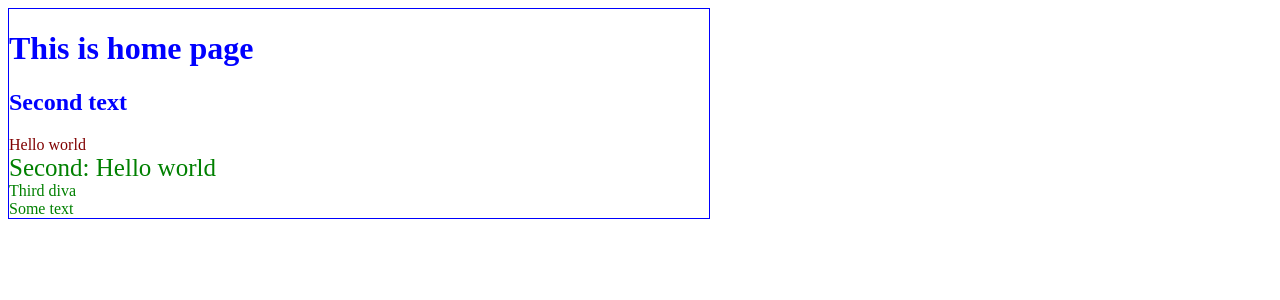
Repository: Vincerenko/Web-site
Page: http://localhost/index
These files come from the project's save history. The page is drawn as it stood at one moment and after the next save; the edit follows.
The browser window is 1280 px wide. The pictures show the whole page.
The page is this project's Thymeleaf template; nobody is signed in. The template is opened directly, without the code that normally fills it, so the values that code supplies are empty.

Above is the page before, as saved 2021-03-12 18:46:41.

After the next save:
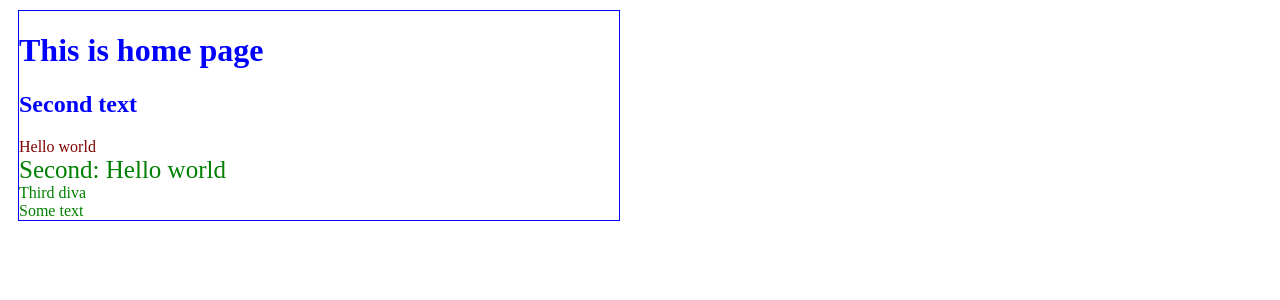
Saved 12 s later.
--- a/ckj_13_mvc/src/main/resources/static/style/demo.css
+++ b/ckj_13_mvc/src/main/resources/static/style/demo.css
@@ -15,6 +15,6 @@ font-size: 25px;
 
 .container{
 	border: 1px double blue;
-	width: 700px;
-	margin:
+	width: 600px;
+	margin: 10px
 }
